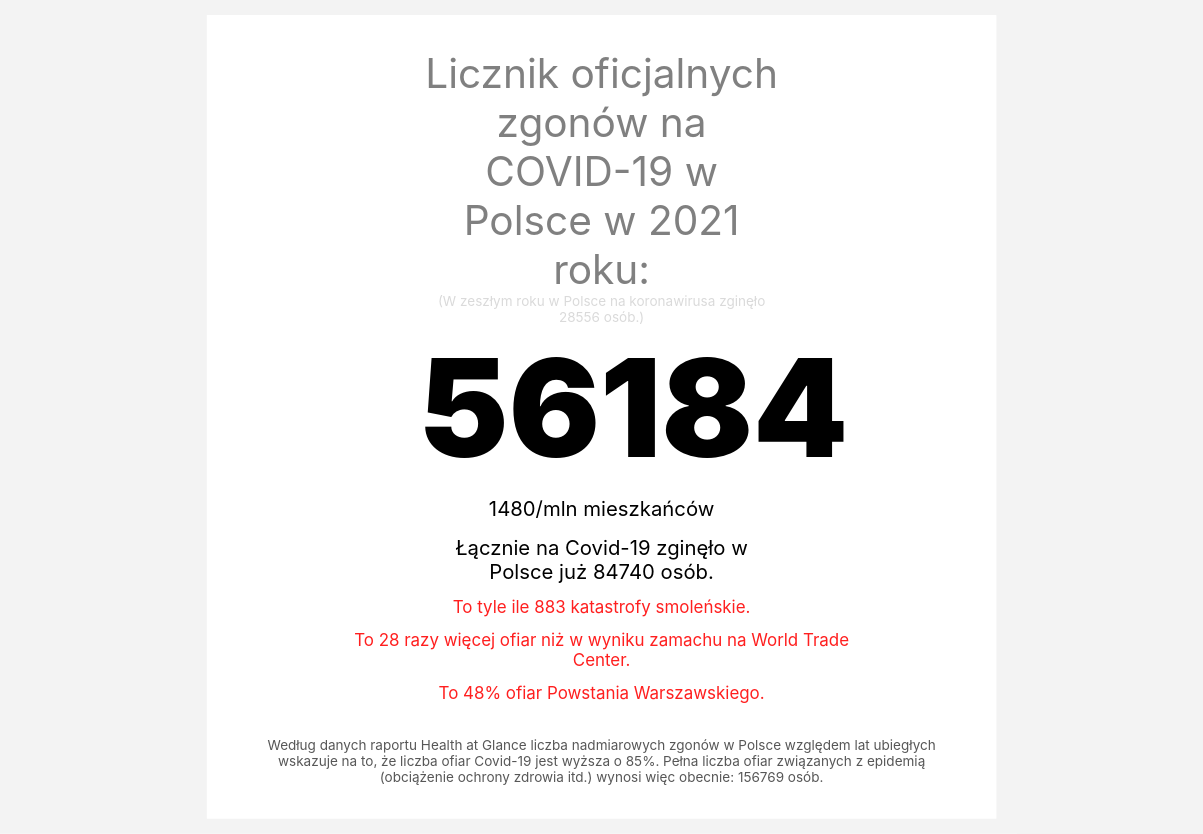
Repository: michalgornicki/poland-covid
Page: /
These files come from the project's save history. The page is drawn as it stood at one moment and after a run of saves; the edit follows.
The browser window is 1280 px wide. The pictures show the whole page, at 94% of full size.
The project was rebuilt for these pictures with package versions that can differ from the ones it lists, and the page was loaded fresh each time.

Above is the page before, as saved 2021-12-04 21:26:32.

### src/App.jsx
import React, { useEffect } from "react";
import "./App.css";

function App() {
  const startTime = () => {
    const date = new Date();
    let miliseconds = date.getTime();
    let seconds = Math.round(miliseconds / 1000);
    let thisYearSeconds = Math.round(seconds - 1609401600);
    let deaths = Math.round(thisYearSeconds * 0.00192110763);
    let allDeaths = deaths + 28556;
    let excessDeaths = Math.round(allDeaths*1.85);
    let smolensk = Math.round(allDeaths / 96);
    let tradeCenter = Math.round(allDeaths / 2977);
    let uprising = (allDeaths / 175000).toFixed(2) * 100;
    let deathsPerMillion = Math.round(deaths / 37.95);


    document.getElementsByClassName("counter")[0].innerHTML = deaths;
    document.getElementsByClassName("counter-2")[0].innerHTML =
      deathsPerMillion + "/mln mieszkańców";
    document.getElementsByClassName("counter-3")[0].innerHTML =
      "Łącznie na Covid-19 zginęło w Polsce już " + (deaths + 28556) + " osób.";
    document.getElementsByClassName("counter-4")[0].innerHTML =
      "To tyle ile " + smolensk + " katastrofy smoleńskie.";
      document.getElementsByClassName("counter-4")[1].innerHTML =
      "To " + tradeCenter + " razy więcej ofiar niż w wyniku zamachu na World Trade Center.";
      document.getElementsByClassName("counter-4")[2].innerHTML =
      "To " + uprising + "% ofiar Powstania Warszawskiego.";

      document.getElementsByClassName("counter-5")[0].innerHTML =
      "Według danych raportu Health at Glance liczba nadmiarowych zgonów w Polsce względem lat ubiegłych wskazuje na to, że liczba ofiar Covid-19 jest wyższa o 85%. Pełna liczba ofiar związanych z epidemią (obciążenie ochrony zdrowia itd.) wynosi więc obecnie: " + (excessDeaths) + " osób.";

    setTimeout(startTime, 1000);
  };

  useEffect(() => {
    startTime();
  });

  return (
    <p>
      <div className="text-container">
        <div className="header">
          Licznik oficjalnych zgonów na COVID-19 w Polsce w 2021 roku:
        </div>
        <div className="header-2">
          (W zeszłym roku w Polsce na koronawirusa zginęło 28556 osób.)
        </div>
        <div className="counter">{""}</div>
        <div className="counter">{""}</div>
        <div className="counter-2">{""}</div>
        <div className="counter-3"></div>
        <div className="counter-4"></div>
        <div className="counter-4"></div>
        <div className="counter-4"></div>
        <div className="counter-5"></div>
      </div>
    </p>
  );
}

export default App;

### src/App.css
body{
    background-color: rgb(243, 243, 243);
}

.text-container{
    display: block;
    margin: auto;
    background-color: white;
    width: 60%;
    padding: 5vmin;
}

.header{
    font-size: 6vmin;
    display: block;
    margin: auto;
    width: 50%;
    text-align: center;
    color: gray;
}

.header-2{
    font-size: 2vmin;
    display: block;
    margin: auto;
    width: 50%;
    text-align: center;
    color: rgb(218, 218, 218);
}

.counter{
    font-size: 20vmin;
    font-weight: 900;
    display: block;
    margin: auto;
    width: 50%;
    text-align: center;
    color: rgb(0, 0, 0);
}

.counter-2{
    font-size: 3vmin;
    display: block;
    margin: auto;
    margin-top: 1vmin;
    width: 50%;
    text-align: center;
}

.counter-3{
    font-size: 3vmin;
    display: block;
    margin: auto;
    margin-top: 2vmin;
    width: 50%;
    text-align: center;
    color: rgb(0, 0, 0);
}

.counter-4{
    font-size: 2.5vmin;
    display: block;
    margin: auto;
    margin-top: 2vmin;
    width: 70%;
    text-align: center;
    color: rgb(255, 31, 31);
}


.counter-5{
    font-size: 2vmin;
    display: block;
    margin: auto;
    margin-top: 5vmin;
    width: fit-content;
    text-align: center;
    color: rgb(87, 87, 87);
}

@media only screen and (max-width: 800px) {

    .text-container{
        display: block;
        margin: auto;
        margin-top: 3%;
        background-color: white;
        width: 90%;
        padding: 5vmin;
    }

    .header{
        font-size: 9vmin;
        display: block;
        margin: auto;
        width: 100%;
        text-align: center;
        color: gray;
    }

    .header-2{
        font-size: 5vmin;
        display: block;
        margin: auto;
        width: 100%;
        text-align: center;
        color: rgb(218, 218, 218);
    }

    .counter{
        font-size: 28vmin;
        font-weight: 900;
        display: block;
        margin: auto;
        width: fit-content;
        text-align: center;
        color: rgb(0, 0, 0);
    }

    .counter-2{
        font-size: 6vmin;
        display: block;
        margin: auto;
        margin-top: 1vmin;
        width: fit-content;
        text-align: center;
    }

    .counter-3{
        font-size: 6vmin;
        display: block;
        margin: auto;
        margin-top: 2vmin;
        width: fit-content;
        text-align: center;
        color: rgb(0, 0, 0);
    }

    .counter-4{
        font-size: 6vmin;
        display: block;
        margin: auto;
        margin-top: 5vmin;
        width: fit-content;
        text-align: center;
        color: rgb(255, 31, 31);
    }


    .counter-5{
        font-size: 5vmin;
        display: block;
        margin: auto;
        margin-top: 5vmin;
        width: fit-content;
        text-align: center;
        color: rgb(87, 87, 87);
    }

}

Loaded but not shown: public/index.html (common file); src/index.js (common file); src/index.css (common file); src/reportWebVitals.js (common file)

After the next 2 saves:
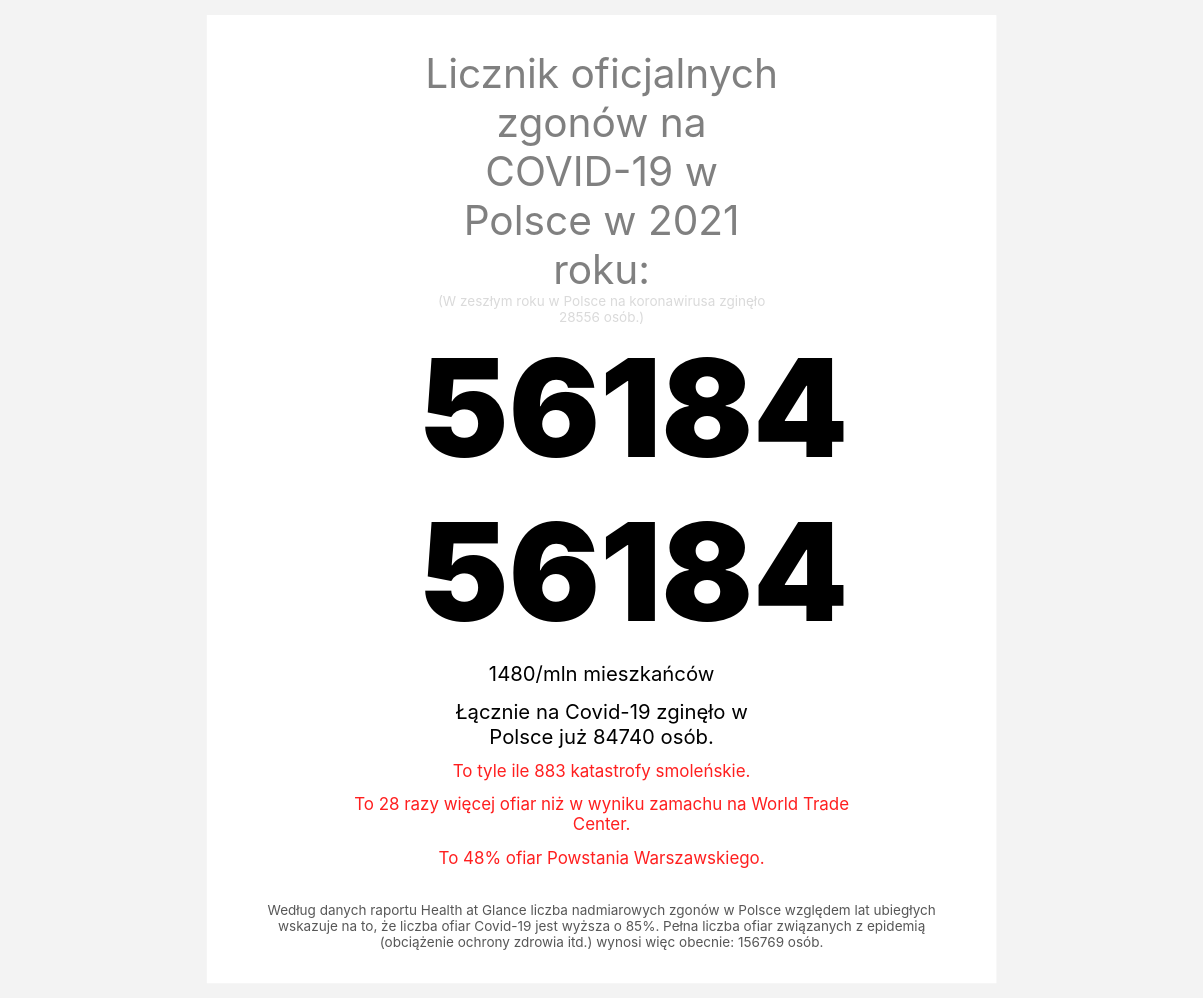
The 2 saves are shown as one change because they came seconds apart.
The last was saved 12 s later.
--- a/src/App.jsx
+++ b/src/App.jsx
@@ -17,6 +17,7 @@ function App() {
 
 
     document.getElementsByClassName("counter")[0].innerHTML = deaths;
+    document.getElementsByClassName("counter")[1].innerHTML = deaths;
     document.getElementsByClassName("counter-2")[0].innerHTML =
       deathsPerMillion + "/mln mieszkańców";
     document.getElementsByClassName("counter-3")[0].innerHTML =
